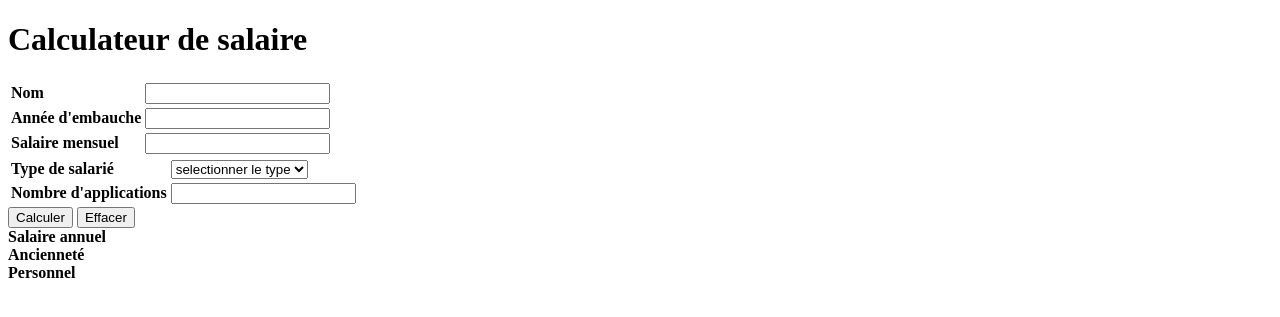
Repository: AgatheLM/formation_js
Page: insee-travaux-js/insee-client-js/tp2.html
These files come from the project's save history. The page is drawn as it stood at one moment and after the next save; the edit follows.
The browser window is 1280 px wide. The pictures show the whole page.

Above is the page before, as saved 2018-01-25 10:34:59.

After the next save:
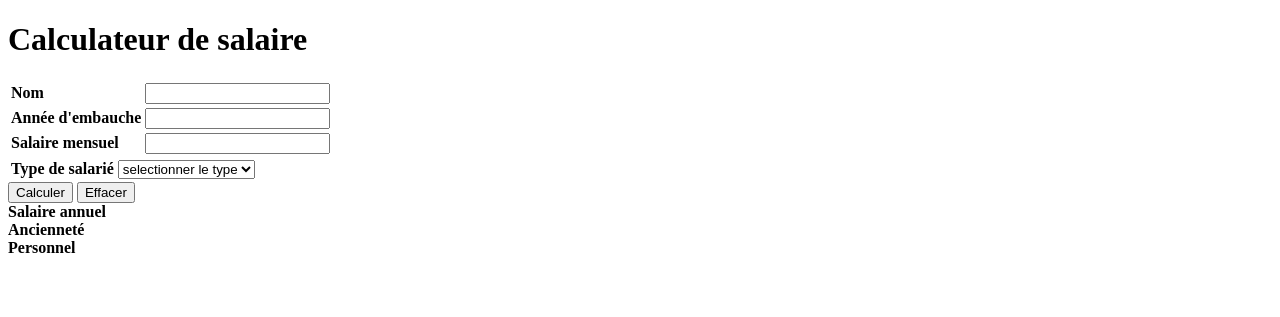
Saved 57 s later.
--- a/insee-travaux-js/insee-client-js/tp2.html
+++ b/insee-travaux-js/insee-client-js/tp2.html
@@ -38,6 +38,10 @@
 						<td> <label for="note"> <strong> Note moyenne </strong> </label></td>
 						<td> <input type="number" id="note" name="note" value=""> </td>
 					</tr>
+					<tr>
+						<td> <label for="nbAppli"> <strong> Nombre d'applications </strong> </label></td>
+						<td> <input type="text" id="nbAppli" name="nbAppli" value=""> </td>
+					</tr>
 			</tbody>
 		</table>
 	</div>
@@ -69,10 +73,6 @@
 							<option value="com">Commercial</option>
 					</select></td>
 			</tr>
-			<tr>
-				<td> <label for="nbAppli"> <strong> Nombre d'applications </strong> </label></td>
-				<td> <input type="text" id="nbAppli" name="nbAppli" value=""> </td>
-			</tr>
 		</tbody>
 	</table>
 	<input type="button" value="Calculer" onClick="calculer()">
